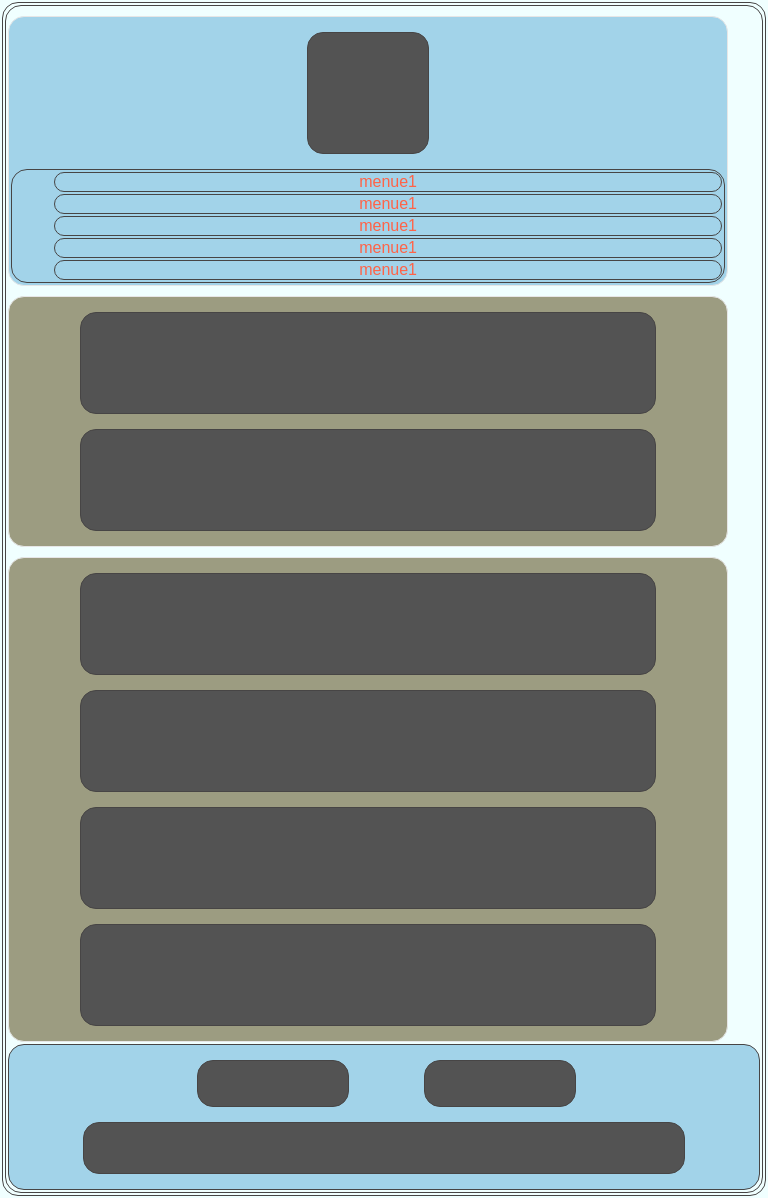
Repository: clairedupuich/cv-claireDUPUICH
Page: cv.html
These files come from the project's save history. The page is drawn as it stood at one moment and after the next save; the edit follows.
The browser window is 768 px wide. The pictures show the whole page.

Above is the page before, as saved 2020-10-08 17:37:10.

### cv.html
<!DOCTYPE html>
<html lang="fr" dir="ltr">
  <head>
    <meta charset="utf-8">
    <title>Exercice</title>
    <link rel="stylesheet" href="cv.css">
  </head>
  <body>
    <section class="header">
        <div class="img">
        </div>

            <ul class="nav">
                <li>menue1</li>
                <li>menue1</li>
                <li>menue1</li>
                <li>menue1</li>
                <li>menue1</li>
            </ul>

    </section>
      <section class="section1">
          <div class="article1_1">
          </div>
          <div class="article1_2">
          </div>
      </section>
      <section class="section2">
        <div class="article2_1">
        </div>
        <div class="article2_2">
        </div>
        <div class="article2_3">
        </div>
        <div class="article2_4">
        </div>
      </section>
      <footer>
          <div class='footer1'>
          </div>
        <div class="footer2">
        </div>

        <div class="footer3">
        </div>
    </footer>
  </body>
</html>

### cv.css
* {
    font-family: Avenir, sans-serif;
    /* border: 1px solid rgb(230, 230, 230);   */
    border-radius: 16px;
    margin: 2px;

}
@media screen and (max-width: 768px)
{
    * {
        font-family: Avenir, sans-serif;
        border: 1px solid rgb(71, 69, 69);
        border-radius: 16px;
         margin: 2px;

    }

    body {
        background-color: azure;


    }
    section {
        margin-top: 10px;
        width: 95%;
        background-color: aquamarine;
        border: 1px solid rgb(230, 230, 230);



    }
    div {
        margin: 5px auto;
        width:80% ;
        height: 100px;
        background-color: chocolate;
    }
    ul {
        text-align: center;
    }

    footer,
    .header{
        background-color: gray;
    }

    .footer2,
    .footer1 {
        height: 45px;
        width: 45px;
        float: left;

    }
    .footer1{
        margin-left: 30%;
        margin-right: 10%;
    }

    .footer3 {
        clear: both;
        height: 50px;
    }
    .img {
        width:120px;
        height: 120px;
        text-align: left;
    }

}
@media screen and (min-width: 768px) and (max-width: 992px){


    body {
        background-color: azure;


    }
    section {
        margin-top: 10px;
        width: 95%;
        background-color: rgb(156, 156, 129);


    }
    div {
        margin: 15px auto;
        width:80% ;
        height: 100px;
        background-color: rgb(83, 83, 83);
    }
    ul {
        text-align: center;
        list-style: none;
        color: tomato;
    }

    footer,
    .header{
        background-color:rgb(162, 211, 233);
    }

    .footer2,
    .footer1 {
        height: 45px;
        width: 20%;
        float: left;

    }
    .footer1{
        margin-left: 25%;
        margin-right: 10%;
    }

    .footer3 {
        clear: both;
        height: 50px;
    }
    .img {
        width:120px;
        height: 120px;
        text-align: left;
    }

}
@media screen and (min-width: 992px) and (max-width: 1200px){

    body {
        background-color: rgb(153, 192, 192);


    }
    section {
        margin: 10px auto;
        width: 96%;
        background-color: rgb(248, 248, 194);


    }
    div {
        margin: 15px auto;
        width:80% ;
        height: 100px;
        background-color: rgb(207, 199, 199);
    }
    ul {
        text-align: center;
        list-style: none;
        color: rgb(212, 45, 15);
    }

    footer,
    .header{
        background-color:rgb(247, 247, 247);
    }

    .footer2,
    .footer1 {
        height: 45px;
        width: 20%;
        float: left;

    }
    .footer1{
        margin-left: 25%;
        margin-right: 10%;
    }

    .footer3 {
        clear: both;
        height: 50px;
    }
    .img {
        width:120px;
        height: 120px;
        text-align: left;
    }
}
@media screen and (min-width: 1200px){
    body {
        background-color: rgb(243, 247, 241);


    }
    section {
        margin: 10px auto;
        width: 96%;
        background-color: rgb(168, 204, 143);


    }
    div {
        margin: 15px auto;
        width:80% ;
        height: 100px;
        background-color: rgb(160, 101, 101);
    }
    ul {
        text-align: center;
        list-style: none;
        color: rgb(17, 16, 16);
        width: 50%;
        margin-top: 9%;
        padding-left: 25%;
    }


    li{
        background-color: rgb(255, 243, 71);
        margin-left: 2%;
    }
    .header{
        padding-left: 12%;
    }
    .img,
    ul,
    li {
        float: left;
    }

    .section1 {
        clear: both;
    }
    footer,
    .header{
        background-color:rgb(245, 237, 237);
    }

    .footer1,
    .footer2,
    .footer3 {
        height: 95px;
        width: 20%;
        float: left;
        margin-left: 3%;
    }
    footer{
        padding-left: 17%;
    }


    .img {
        width:120px;
        height: 120px;
        text-align: left;
    }
}

After the next save:
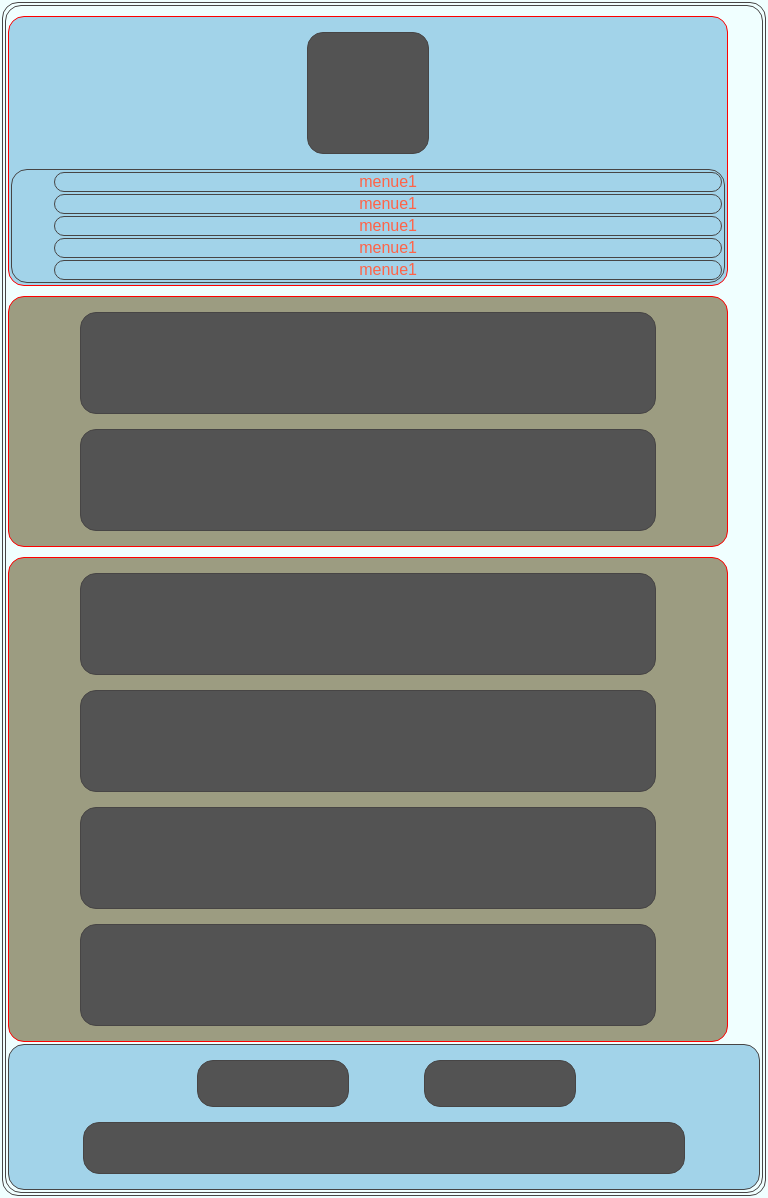
Saved 31 s later.
--- a/cv.css
+++ b/cv.css
@@ -24,7 +24,7 @@
         margin-top: 10px;
         width: 95%;
         background-color: aquamarine;
-        border: 1px solid rgb(230, 230, 230);
+        border: 1px solid red;
 
 
 
